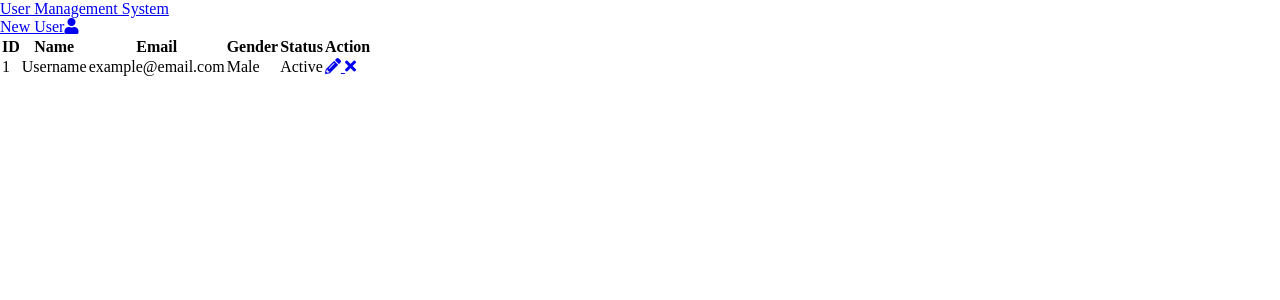
Repository: neeteshraj/CRUD
Page: views/index.html
The author's editor kept a copy of each file at every save. The page is drawn from the files as they stood at one save, then again after the next save.
The browser window is 1280 px wide. The pictures show the whole page.
Some web fonts or font styles are not loaded; a fallback is used.

Above is the page before, as saved 2021-01-08 18:47:01.

### views/index.html
<!DOCTYPE html>
<!--[if lt IE 7]>      <html class="no-js lt-ie9 lt-ie8 lt-ie7"> <![endif]-->
<!--[if IE 7]>         <html class="no-js lt-ie9 lt-ie8"> <![endif]-->
<!--[if IE 8]>         <html class="no-js lt-ie9"> <![endif]-->
<!--[if gt IE 8]>      <html class="no-js"> <![endif]-->
<html>

<head>
    <meta charset="utf-8">
    <meta http-equiv="X-UA-Compatible" content="IE=edge">
    <title>CRUD APPLICATION</title>
    <meta name="description" content="">
    <meta name="viewport" content="width=device-width, initial-scale=1">
    <link rel="stylesheet" href="../assets/css/style.css">
    <link rel="stylesheet" href="https://cdnjs.cloudflare.com/ajax/libs/font-awesome/5.15.1/css/all.min.css" integrity="sha512-+4zCK9k+qNFUR5X+cKL9EIR+ZOhtIloNl9GIKS57V1MyNsYpYcUrUeQc9vNfzsWfV28IaLL3i96P9sdNyeRssA==" crossorigin="anonymous" />
</head>

<body>
    <!--[if lt IE 7]>
            <p class="browsehappy">You are using an <strong>outdated</strong> browser. Please <a href="#">upgrade your browser</a> to improve your experience.</p>
        <![endif]-->

    <script src="" async defer></script>
    <!--header-->
    <header id="header">
        <nav>
            <div class="container">
                <div class="text-center">
                    <a href="/" class="nav-brand text-dark">User Management System</a>
                </div>
            </div>
        </nav>
    </header>
    <!--/header-->

    <!--main section-->
    <main id="site-main">
        <div class="container">
            <div class="box-nav d-flex-justify-between">
                <a href="/add-user" class="border-shadow">
                    <span class="text-gradient">New User<i class="fas fa-user"></i></span>
                </a>
            </div>
            <!--form handling-->
            <form action="/" method="POST">
                <table class="table">
                    <thead class="thead-dark">
                        <tr>
                            <th>ID</th>
                            <th>Name</th>
                            <th>Email</th>
                            <th>Gender</th>
                            <th>Status</th>
                            <th>Action</th>
                        </tr>
                    </thead>
                    <tbody>
                        <tr>
                            <td>1</td>
                            <td>Username</td>
                            <td>example@email.com</td>
                            <td>Male</td>
                            <td>Active</td>
                            <td>
                                <a href="#" class="btn border-shadow update">
                                    <span class="text-gradient"><i class="fas fa-pencil-alt"></i></span>
                                </a>
                                <a href="#" class="btn border-shadow delete">
                                    <span class="text-gradient"><i class="fas fa-times"></i></span>
                                </a>
                            </td>

                        </tr>
                    </tbody>

                </table>
            </form>
            <!--form handling-->
        </div>
    </main>
    <!--/main section-->
</body>

</html>

### assets/css/style.css
@import url('https://fonts.googleapis.com/css2?family=Barlow&family=PT+Sans&display=swap');
:root {
    --dark: #2b2d42;
    --light: #adb5db;
    --border: #dee2e6;
    --border-btn: #edf2f4;
}

* {
    padding: 0;
    margin: 0;
    box-sizing: border-box;
}

After the next save:
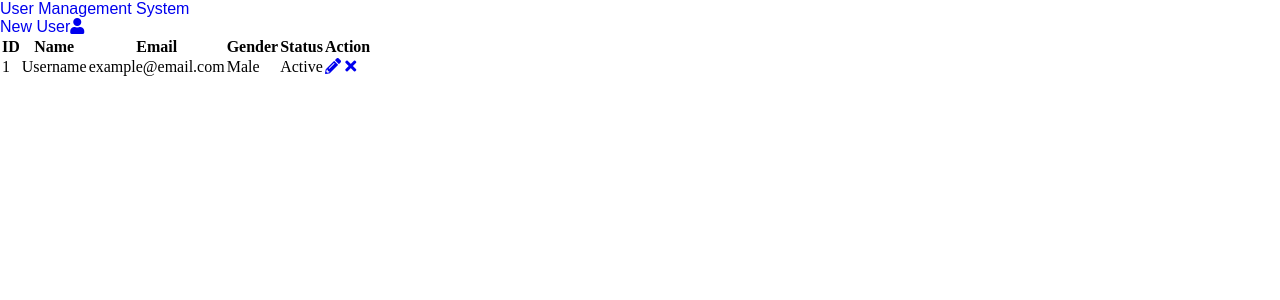
Saved 54 s later.
--- a/assets/css/style.css
+++ b/assets/css/style.css
@@ -11,3 +11,8 @@
     margin: 0;
     box-sizing: border-box;
 }
+
+a {
+    text-decoration: none;
+    font-family: 'PT Sans', sans-serif;
+}
